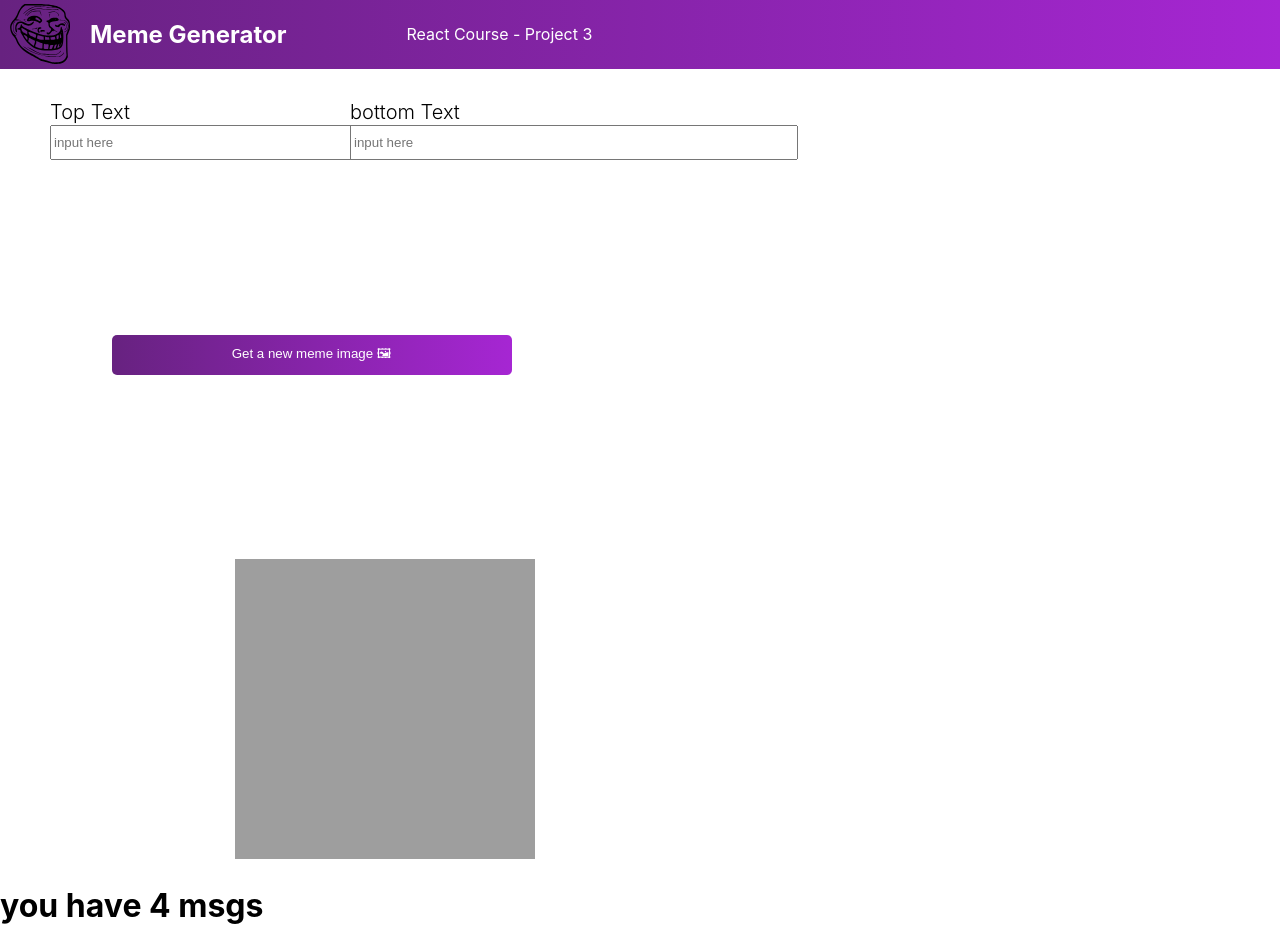
Repository: mortiestmorty1/meme-generator-react
Page: /
The author's editor kept a copy of each file at every save. The page is drawn from the files as they stood at one save, then again after the next save.
The browser window is 1280 px wide. The pictures show the whole page.
Pictures or frames that could not be fetched are drawn as grey boxes. The project was rebuilt for these pictures with package versions that can differ from the ones it lists, and the page was loaded fresh each time. Also part of the build but not shown: src/components/box.js.

Above is the page before, as saved 2024-01-20 17:00:46.

After the next save:
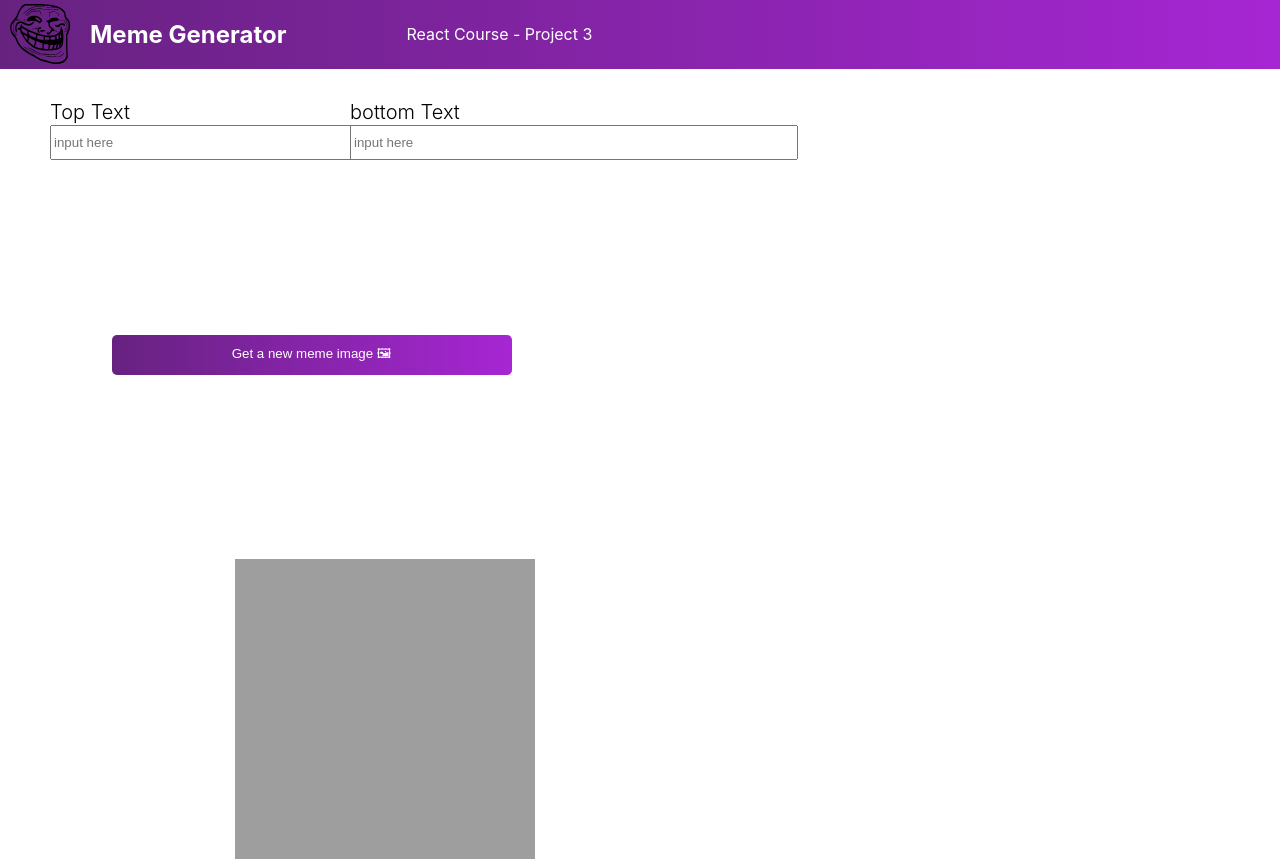
Saved 12 s later.
--- a/src/App.js
+++ b/src/App.js
@@ -8,7 +8,7 @@ import boxes from "./components/boxes";
 import Box from "./components/box";
 
 function App(props) {
- const [msg , setMsg] = useState(["hello","hi","bye","goodbye"])
+ const [msg , setMsg] = useState([])
   return (
     <div className="App">
       <Navbar />
